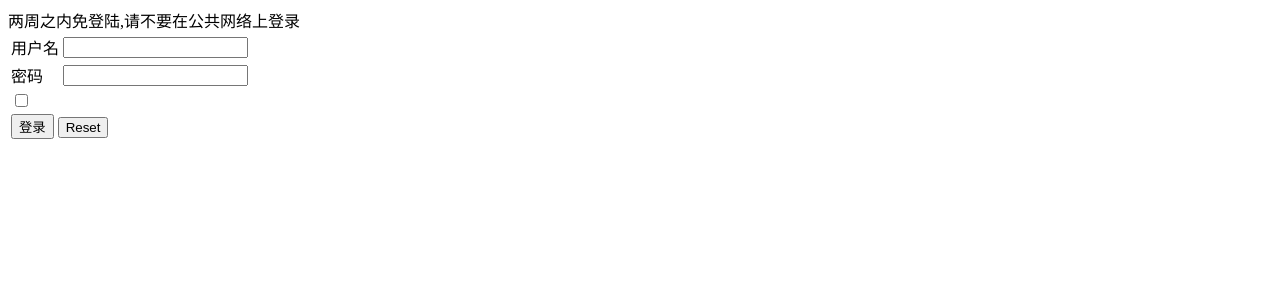
Repository: liujianbo2017/zuoye
Page: http://localhost/day40demo/demo02/login.jsp
An editor plug-in stored every save of this project. The page is shown before and after the next save, followed by the edit.
The browser window is 1280 px wide. The pictures show the whole page.
The page is served by Tomcat 9. Other server files are loaded and not shown.

Above is the page before, as saved 2017-10-10 10:57:55.

### day40demo/WebContent/demo02/login.jsp
<%@ page language="java" contentType="text/html; charset=UTF-8"
    pageEncoding="UTF-8"%>
<!DOCTYPE html PUBLIC "-//W3C//DTD HTML 4.01 Transitional//EN" "http://www.w3.org/TR/html4/loose.dtd">
<html>
<head>
<meta http-equiv="Content-Type" content="text/html; charset=UTF-8">
<title>Insert title here</title>
</head>
<body>
	<form action="${pageContext.request.contextPath }/login.servlet" method="post">
		<table>
			<tr>
				<td>用户名</td>
				<td><input type="text" name="username"/></td>
			</tr>
			<tr>
				<td>密码</td>
				<td><input type="password" name="password"/></td>
			</tr>
			<tr>
				<td colspan="2"><input type="checkbox" value="t" id="al"/></td>
				<label for="al">两周之内免登陆,请不要在公共网络上登录</label>
			</tr>
			<tr>
				<td colspan="2">
					<input type="submit" value="登录"/>
					<input type="reset"/>
				</td>
			</tr>
		</table>
	</form>
</body>
</html>

After the next save:
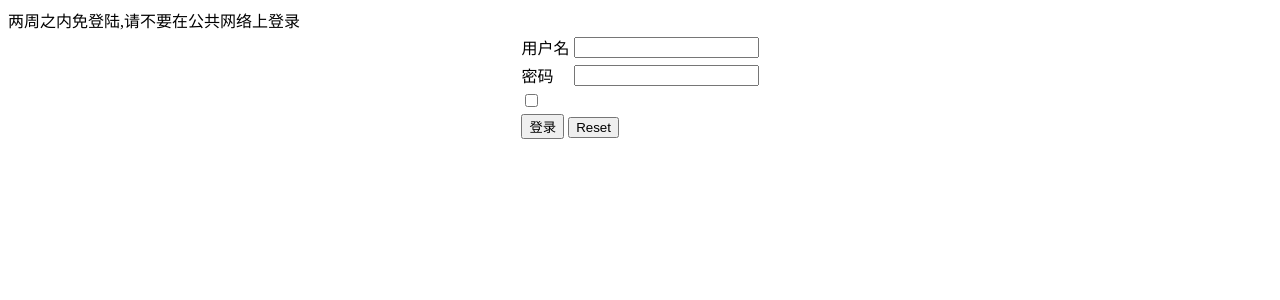
Saved 2 min 55 s later.
--- a/day40demo/WebContent/demo02/login.jsp
+++ b/day40demo/WebContent/demo02/login.jsp
@@ -8,7 +8,7 @@
 </head>
 <body>
 	<form action="${pageContext.request.contextPath }/login.servlet" method="post">
-		<table>
+		<table align="center">
 			<tr>
 				<td>用户名</td>
 				<td><input type="text" name="username"/></td>
